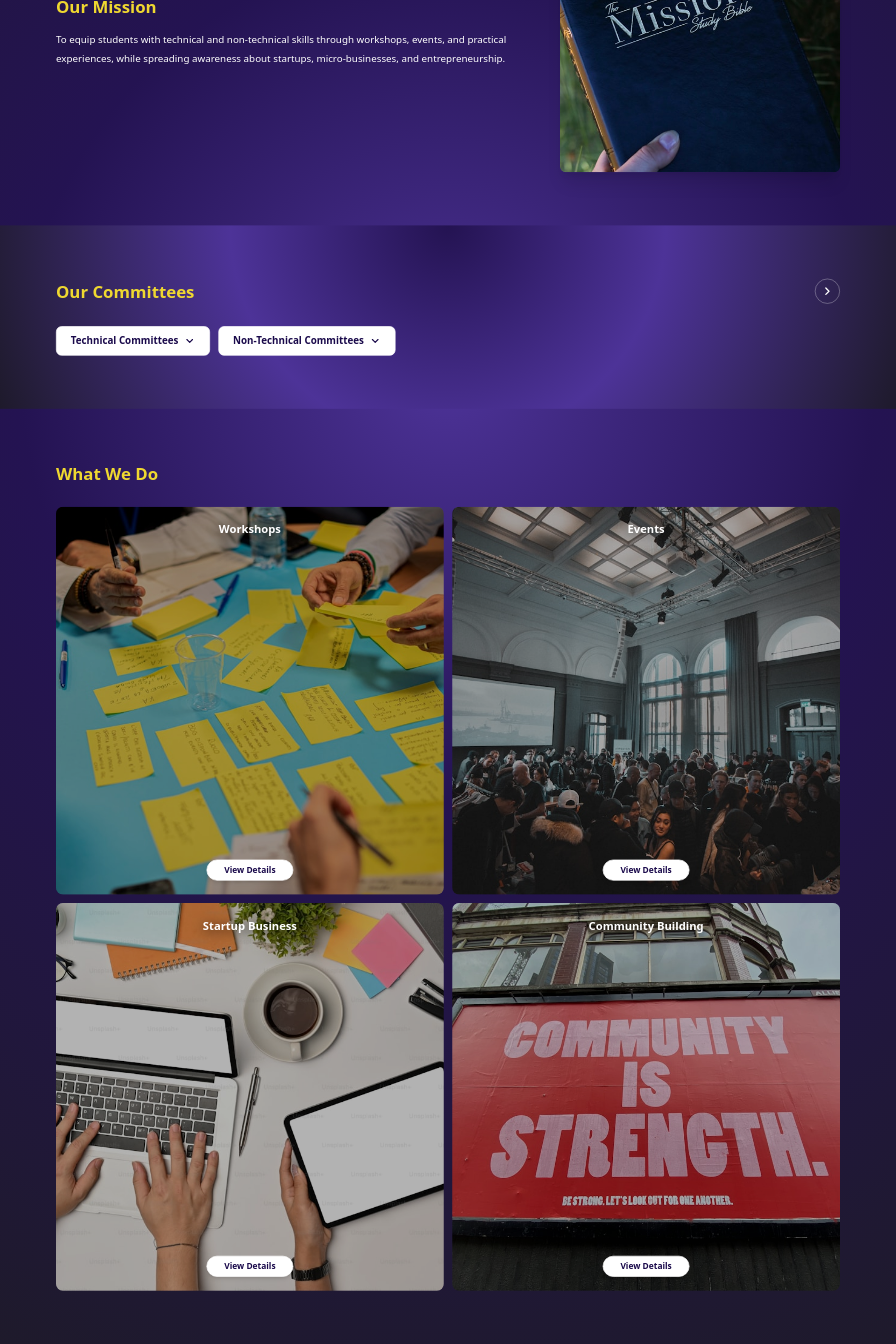
Repository: Frontend-Committee/StarUnion-Website
Page: /about
The author's editor kept a copy of each file at every save. The page is drawn from the files as they stood at one save, then again after a run of saves.
The browser window is 1280 px wide. The pictures show the part of the page from y = 850 to 2770 px (the page is 2770 px tall before and 2642 px after), at 70% of full size.
The project was rebuilt for these pictures with package versions that can differ from the ones it lists, and the page was loaded fresh each time. Also part of the build but not shown: vite.config.js, src/components/common/Navbar.jsx, src/components/common/Footer.jsx, src/features/home/pages/HomePage.jsx.

Above is the page before, as saved 2026-02-25 14:14:05.

### index.html
<!doctype html>
<html lang="en">
  <head>
    <meta charset="UTF-8" />
    <meta name="viewport" content="width=device-width, initial-scale=1.0" />
    <title>star-union</title>
  </head>
  <body>
    <div id="root"></div>
    <script type="module" src="/src/main.jsx"></script>
  </body>
</html>

### src/App.jsx
import { BrowserRouter } from "react-router-dom";
import "./App.css";
import AppRoutes from "./routes";

function App() {
  return (
    <BrowserRouter>
      <AppRoutes />
    </BrowserRouter>
  );
}

export default App;

### src/App.css
@tailwind base;
@tailwind components;
@tailwind utilities;

.container {
  @apply max-w-6xl px-4 py-3 mx-auto;
}

/* Activity card image zoom on hover */
.group:hover .activity-card-img {
  transform: scale(1.06);
}

### src/routes/index.jsx
import { Route, Routes } from "react-router-dom";
import MainLayout from "../layouts/MainLayout";

// Pages
import AboutUsPage from "../features/about/pages/AboutUsPage";
import HomePage from "../features/home/pages/HomePage";

export default function AppRoutes() {
  return (
    <Routes>
      <Route element={<MainLayout />}>
        <Route path="/" element={<HomePage />} />
        <Route path="/about" element={<AboutUsPage />} />
      </Route>
    </Routes>
  );
}

### src/layouts/MainLayout.jsx
import { Outlet } from "react-router-dom";
import Navbar from "../components/common/Navbar";
import Footer from "../components/common/Footer";

export default function MainLayout() {
  return (
    <div className="flex flex-col min-h-screen">
      {/* <Navbar /> */}
      <main className="flex-1">
        <Outlet />
      </main>
      {/* <Footer /> */}
    </div>
  );
}

### src/features/about/pages/AboutUsPage.jsx
import { useState } from "react";
import AboutHero from "../../../assets/images/AboutHero.jpg";
import CommunityImage from "../../../assets/images/Community.jpg";
import EventsImage from "../../../assets/images/Events.jpg";
import MissonImage from "../../../assets/images/Misson.jpg";
import StartupImage from "../../../assets/images/StartupBusiness.jpg";
import WorkshopsImage from "../../../assets/images/Workshops.jpg";

// ─── Inline SVGs ──────────────────────────────────────────────────────────────
function IconChevronDown({ open }) {
  return (
    <svg
      width="16"
      height="16"
      viewBox="0 0 24 24"
      fill="none"
      stroke="currentColor"
      strokeWidth="2.5"
      strokeLinecap="round"
      strokeLinejoin="round"
      className={`transition-transform duration-300 ease-in-out ${
        open ? "rotate-180" : "rotate-0"
      }`}
    >
      <polyline points="6 9 12 15 18 9" />
    </svg>
  );
}

function IconChevronRight() {
  return (
    <svg
      width="18"
      height="18"
      viewBox="0 0 24 24"
      fill="none"
      stroke="currentColor"
      strokeWidth="2.5"
      strokeLinecap="round"
      strokeLinejoin="round"
    >
      <polyline points="9 18 15 12 9 6" />
    </svg>
  );
}

// ─── 4-pointed star logo ──────────────────────────────────────────────────────
function StarLogo() {
  return (
    <svg
      width="110"
      height="110"
      viewBox="0 0 120 120"
      fill="none"
      xmlns="http://www.w3.org/2000/svg"
      className="drop-shadow-[0_0_22px_rgba(255,255,255,0.55)]"
    >
      <path
        d="M60 4 L67 53 L116 60 L67 67 L60 116 L53 67 L4 60 L53 53 Z"
        fill="white"
      />
    </svg>
  );
}

// ─── Committee Dropdown ───────────────────────────────────────────────────────
function CommitteeDropdown({ label, items }) {
  const [open, setOpen] = useState(false);

  return (
    <div className="relative inline-block">
    <button
  onClick={() => setOpen((o) => !o)}
  className="flex items-center gap-2 px-5 py-2.5 border border-white rounded-lg bg-white text-[#1a0a4b] text-sm font-semibold cursor-pointer hover:bg-white/90 transition-colors duration-200"
>
  {label}
  <IconChevronDown open={open} />
</button>

      {open && (
        <div className="absolute top-[calc(100%+8px)] left-0 min-w-[220px] bg-[rgba(36,19,82,0.97)] border border-white/18 rounded-xl shadow-lg overflow-hidden z-50">
          {items.map((item) => (
            <button
              key={item}
              className="block w-full text-left px-4 py-2.5 text-xs text-white/78 bg-transparent border-none cursor-pointer hover:bg-white/9 transition-colors duration-150"
            >
              {item}
            </button>
          ))}
        </div>
      )}
    </div>
  );
}

// ─── Activity Card ────────────────────────────────────────────────────────────
function ActivityCard({ image, title }) {
  return (
    <div className="relative overflow-hidden rounded-[10px] aspect-square cursor-pointer group">
      <img
        src={image}
        alt={title}
        className="absolute inset-0 w-full h-full object-cover transition-transform duration-500 ease-out group-hover:scale-105"
      />
      <div className="absolute inset-0 bg-black/30" />
      <div className="absolute inset-0 flex flex-col items-center justify-between py-5 px-4">
        <h3 className="text-white font-bold text-base text-center drop-shadow-[0_2px_8px_rgba(0,0,0,0.8)]">
          {title}
        </h3>
        <button className="px-6 py-1.5 text-xs font-semibold text-[#1a0a4b] bg-white border border-white rounded-full hover:bg-white/90 transition-colors duration-200 shadow-md">
          View Details
        </button>
      </div>
    </div>
  );
}

// ════════════════════════════════════════════════════════════════════════════════
//  ABOUT US PAGE
// ════════════════════════════════════════════════════════════════════════════════
export default function AboutUsPage() {
  const technicalCommittees = [
    "Frontend Committee",
    "Backend Committee",
    "AI & Data Committee",
    "Cybersecurity Committee",
    "Mobile Development",
  ];

  const nonTechnicalCommittees = [
    "Media & Design Committee",
    "Marketing Committee",
    "HR Committee",
    "Finance Committee",
    "PR & Communications",
  ];

  const activities = [
    { image: WorkshopsImage, title: "Workshops" },
    { image: EventsImage, title: "Events" },
    { image: StartupImage, title: "Startup Business" },
    { image: CommunityImage, title: "Community Building" },
  ];

  return (
    <div className="w-full overflow-x-hidden bg-[radial-gradient(circle_at_center,_#4D3398_0%,_#241352_40%,_#1E1A2B_100%)]">
      {/* ══════════════════════════════════════════════════════════════════════
          1. HERO — Background 3 gradient
      ══════════════════════════════════════════════════════════════════════ */}
      <section
        className="relative w-full min-h-[340px] flex flex-col items-center justify-center overflow-hidden bg-cover bg-center bg-no-repeat"
        style={{ backgroundImage: `url(${AboutHero})` }}
      >
        {/* Green glow orb — top right */}
        {/* <div
          style={{
            position: "absolute",
            top: 0,
            right: 0,
            width: "280px",
            height: "280px",
            borderRadius: "9999px",
            background:
              "radial-gradient(circle, rgba(17,237,164,0.45) 0%, transparent 70%)",
            transform: "translate(35%, -35%)",
            filter: "blur(40px)",
            pointerEvents: "none",
          }}
        /> */}

        {/* Purple glow orb — bottom left */}
      </section>

      {/* ══════════════════════════════════════════════════════════════════════
          2. WHO WE ARE
      ══════════════════════════════════════════════════════════════════════ */}
      <section className="py-16">
        <div className="container">
          <h2 className="text-tertiary text-2xl font-semibold mb-4">
            Who We Are
          </h2>
          <p className="text-white text-sm leading-loose mb-3">
            S.T.A.R Union is a student activity founded on September 8, 2023,
            with a strong belief that every student has the potential to build,
            innovate, and grow.
          </p>
          <p className="text-white  text-sm leading-loose">
            We focus on empowering students—especially in technology and
            computer science—by providing hands-on experiences, real-world
            exposure, and a supportive environment that bridges the gap between
            learning and practice.
          </p>
        </div>
      </section>

      {/* ══════════════════════════════════════════════════════════════════════
          3. OUR MISSION — image right
      ══════════════════════════════════════════════════════════════════════ */}
      <section className="py-12 pb-16">
        <div className="container flex flex-wrap items-center gap-12">
          <div className="flex-1 min-w-[300px]">
            <h2 className="text-2xl font-semibold text-tertiary mb-4">
              Our Mission
            </h2>
            <p className="text-white  text-sm leading-loose">
              To equip students with technical and non-technical skills through
              workshops, events, and practical experiences, while spreading
              awareness about startups, micro-businesses, and entrepreneurship.
            </p>
          </div>

          {/* Image */}
          <div className="flex-shrink-0">
            <img
              src={MissonImage}
              alt="Our Mission"
              className="w-full max-w-[400px] rounded-lg object-cover aspect-square shadow-xl"
            />
          </div>
        </div>
      </section>

      {/* ══════════════════════════════════════════════════════════════════════
          4. OUR COMMITTEES — Background 3 gradient
      ══════════════════════════════════════════════════════════════════════ */}
      <section className="relative w-full py-16 overflow-hidden bg-[radial-gradient(circle_at_top,_#241352_0%,_#4D3398_45%,_#1E1A2B_100%)]">
        <div className="container">
          {/* Header row */}
          <div className="flex items-center justify-between mb-8">
            <h2 className="text-tertiary text-2xl font-semibold m-0">
              Our Committees
            </h2>

            <button
              className="flex items-center justify-center w-9 h-9 rounded-full border border-white/40 bg-white/6 text-white cursor-pointer hover:bg-white/14 transition-colors duration-200"
              aria-label="Browse committees"
            >
              <IconChevronRight />
            </button>
          </div>

          {/* Dropdown buttons */}
          <div className="flex flex-wrap gap-3">
            <CommitteeDropdown
              label="Technical Committees"
              items={technicalCommittees}
            />
            <CommitteeDropdown
              label="Non-Technical Committees"
              items={nonTechnicalCommittees}
            />
          </div>
        </div>
      </section>

      {/* ══════════════════════════════════════════════════════════════════════
          5. WHAT WE DO — dark + 2×2 grid
      ══════════════════════════════════════════════════════════════════════ */}
    <section className="w-full py-16">
  <div className="container">
    <h2 className="text-tertiary text-2xl font-semibold mb-8">What We Do</h2>
    <div className="grid grid-cols-2 gap-3 ">
      {activities.map((act) => (
        <ActivityCard key={act.title} image={act.image} title={act.title} />
      ))}
    </div>
  </div>
</section>
    </div>
  );
}

### tailwind.config.js
/** @type {import('tailwindcss').Config} */
module.exports = {
  content: ["./index.html", "./src/**/*.{js,jsx,ts,tsx}"],

  theme: {
    container: {
      center: true,
      padding: {
        DEFAULT: "16px", // mobile side margins
        lg: "24px", // desktop side margins
      },
    },

    extend: {
      colors: {
        primary: "#7441FF",
        secondary: "#11EDA4",
        tertiary: "#EFD830",

        background: "#FFFFFF",
        text: "#111111",
        textInvert: "#FFFFFF",

        muted: "#E1D6FF",
        card: "#FFFFFF",
        cardSoft: "#C8B5FC",

        success: "#12B76A",
        warning: "#F59E0B",
        error: "#EF4444",

        bg31: "#241352",
        bg32: "#4D3398",
        bg33: "#1E1A2B",
      },

      backgroundImage: {
        gradientBg3:
          "radial-gradient(circle at top, #241352 0%, #4D3398 45%, #1E1A2B 100%)",
        gradientFooter: "linear-gradient(135deg, #E1D6FF 0%, #7441FF 100%)",
        gradientBrand:
          "linear-gradient(135deg, #7441FF 0%, #11EDA4 50%, #EFD830 100%)",
      },

      // typography
      fontSize: {
        h1: ["44px", { lineHeight: "1.1", fontWeight: "800" }],
        h2: ["32px", { lineHeight: "1.15", fontWeight: "800" }],
        h3: ["24px", { lineHeight: "1.2", fontWeight: "800" }],
        h4: ["20px", { lineHeight: "1.25", fontWeight: "800" }],
        body: ["16px", { lineHeight: "1.6", fontWeight: "800" }],
        caption: ["14px", { lineHeight: "1.4", fontWeight: "800" }],
        micro: ["12px", { lineHeight: "1.35", fontWeight: "800" }],
      },

      /*
       Spacing tokens
       */
      spacing: {
        1: "4px",
        2: "8px",
        3: "12px",
        4: "16px",
        6: "24px",
        8: "32px",
        12: "48px",
        16: "64px",
      },

      /*
       Section spacing helpers
       */
      margin: {
        "section-sm": "24px",
        "section-md": "32px",
        "section-lg": "48px",
        "section-xl": "64px",
      },
      padding: {
        "section-sm": "24px",
        "section-md": "32px",
        "section-lg": "48px",
        "section-xl": "64px",
      },

      boxShadow: {
        soft: "0 4px 10px rgba(0,0,0,0.1)",
      },

      borderRadius: {
        card: "16px",
      },
    },
  },

  plugins: [],
};

Loaded but not shown: src/main.jsx (common file)

After the next 2 saves:
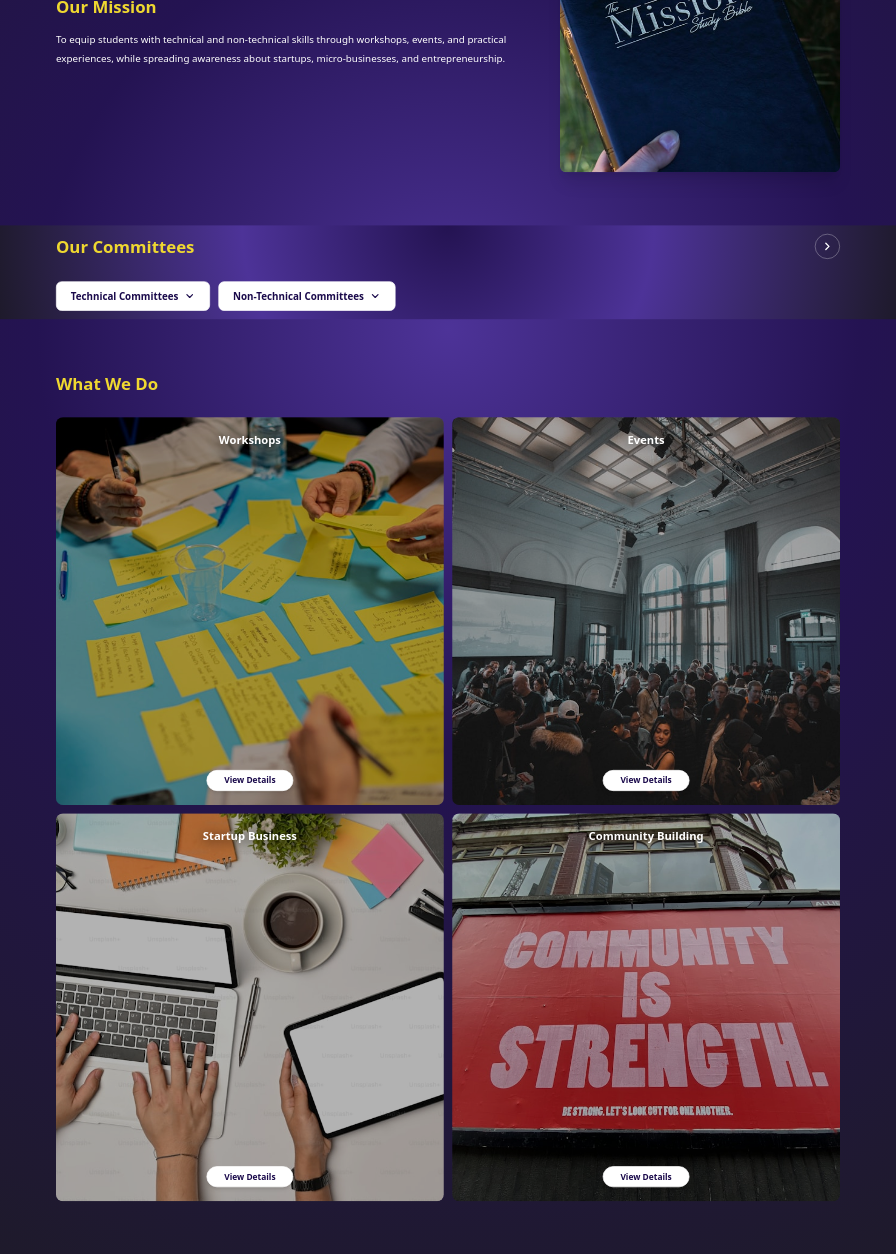
The 2 saves are shown as one change because they came seconds apart.
The last was saved 61 s later.
--- a/src/features/about/pages/AboutUsPage.jsx
+++ b/src/features/about/pages/AboutUsPage.jsx
@@ -223,7 +223,7 @@ export default function AboutUsPage() {
       {/* ══════════════════════════════════════════════════════════════════════
           4. OUR COMMITTEES — Background 3 gradient
       ══════════════════════════════════════════════════════════════════════ */}
-      <section className="relative w-full py-16 overflow-hidden bg-[radial-gradient(circle_at_top,_#241352_0%,_#4D3398_45%,_#1E1A2B_100%)]">
+      <section className=" bg-[radial-gradient(circle_at_top,_#241352_0%,_#4D3398_45%,_#1E1A2B_100%)]">
         <div className="container">
           {/* Header row */}
           <div className="flex items-center justify-between mb-8">
